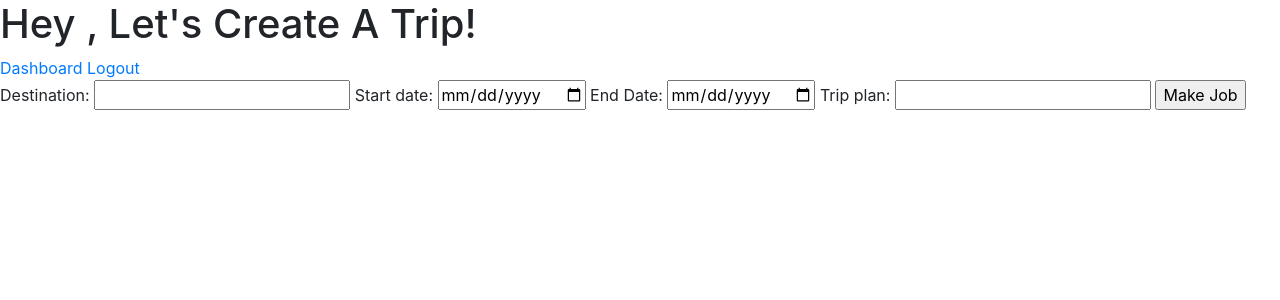
Repository: chasepiercephoto/TripBuddy
Page: Main/templates/new_trip.html
The author's editor kept a copy of each file at every save. The page is drawn from the files as they stood at one save, then again after the next save.
The browser window is 1280 px wide. The pictures show the whole page.
The page is served by the project's application, run on Django 2.2 (manage.py). Other server files are loaded and not shown. The template is opened directly, without the code that normally fills it, so the values that code supplies are empty.

Above is the page before, as saved 2020-06-24 12:17:16.

### Main/templates/new_trip.html
<!doctype html>
<html lang="en">
  <head>
    <title>Create a New Trip!</title>
    <!-- Required meta tags -->
    <meta charset="utf-8">
    <meta name="viewport" content="width=device-width, initial-scale=1, shrink-to-fit=no">

    <!-- Bootstrap CSS -->
    <link rel="stylesheet" href="https://stackpath.bootstrapcdn.com/bootstrap/4.3.1/css/bootstrap.min.css" integrity="sha384-ggOyR0iXCbMQv3Xipma34MD+dH/1fQ784/j6cY/iJTQUOhcWr7x9JvoRxT2MZw1T" crossorigin="anonymous">
  </head>
  <body>
    <h1>Hey {{user.first_name}}, Let's Create A Trip!</h1>
    <a href="/dashboard">Dashboard</a>
    <a class="nav-a" href="/logout">Logout</a>
    <form action="trip/new" method="POST">
        {% csrf_token %}
        {% for error in messages %}
        <p style="color:red">{{ error }}</p>
        {% endfor %}
        <label for="title">Destination:</label>
        <input type="text" name="destination">
        {% for error in messages %}
        <p style="color:red">{{ error }}</p>
        {% endfor %}
        <label for="location">Start date:</label>
        <input type="date" name="start_date">
        {% for error in messages %}
        <p style="color:red">{{ error }}</p>
        {% endfor %}
        <label for="enddate">End Date:</label>
        <input type="date" name="end_date">
        {% for error in messages %}
        <p style="color:red">{{ error }}</p>
        {% endfor %}
        <label for="plan">Trip plan:</label>
        <input type="textarea" name="plan">
        {% for error in messages %}
        <p style="color:red">{{ error }}</p>
        {% endfor %}
        <input type="submit" value="Make Job">
        </form>

    <!-- Optional JavaScript -->
    <!-- jQuery first, then Popper.js, then Bootstrap JS -->
    <script src="https://code.jquery.com/jquery-3.3.1.slim.min.js" integrity="sha384-q8i/X+965DzO0rT7abK41JStQIAqVgRVzpbzo5smXKp4YfRvH+8abtTE1Pi6jizo" crossorigin="anonymous"></script>
    <script src="https://cdnjs.cloudflare.com/ajax/libs/popper.js/1.14.7/umd/popper.min.js" integrity="sha384-UO2eT0CpHqdSJQ6hJty5KVphtPhzWj9WO1clHTMGa3JDZwrnQq4sF86dIHNDz0W1" crossorigin="anonymous"></script>
    <script src="https://stackpath.bootstrapcdn.com/bootstrap/4.3.1/js/bootstrap.min.js" integrity="sha384-JjSmVgyd0p3pXB1rRibZUAYoIIy6OrQ6VrjIEaFf/nJGzIxFDsf4x0xIM+B07jRM" crossorigin="anonymous"></script>
  </body>
</html>

### Tripbuddy/urls.py
"""Tripbuddy URL Configuration

The `urlpatterns` list routes URLs to views. For more information please see:
    https://docs.djangoproject.com/en/2.2/topics/http/urls/
Examples:
Function views
    1. Add an import:  from my_app import views
    2. Add a URL to urlpatterns:  path('', views.home, name='home')
Class-based views
    1. Add an import:  from other_app.views import Home
    2. Add a URL to urlpatterns:  path('', Home.as_view(), name='home')
Including another URLconf
    1. Import the include() function: from django.urls import include, path
    2. Add a URL to urlpatterns:  path('blog/', include('blog.urls'))
"""
from django.urls import path, include

urlpatterns = [
    path('', include('Main.urls'))
]

### Main/urls.py
from django.urls import path
from . import views

urlpatterns = [
    path('', views.index),
    path('register', views.register),
    path('login', views.login),
    path('dashboard', views.dashboard),
    path('newtrip', views.new_trip_form),
    path('trip/new', views.new_trip)
]

After the next save:
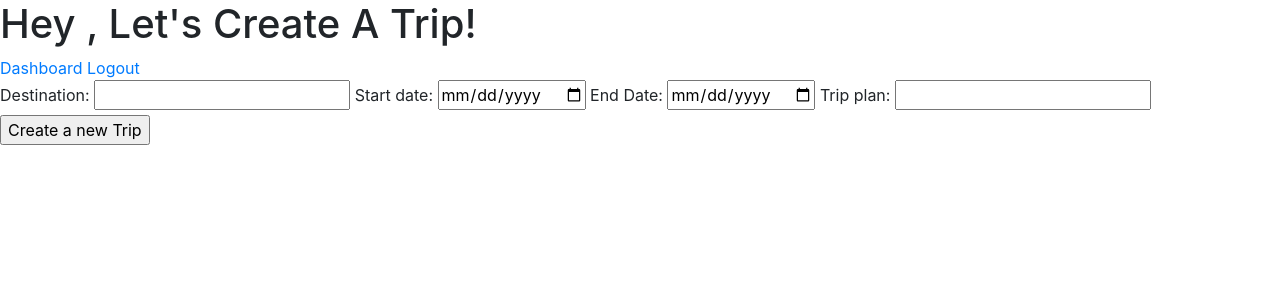
Saved 26 s later.
--- a/Main/templates/new_trip.html
+++ b/Main/templates/new_trip.html
@@ -38,7 +38,7 @@
         {% for error in messages %}
         <p style="color:red">{{ error }}</p>
         {% endfor %}
-        <input type="submit" value="Make Job">
+        <input type="submit" value="Create a new Trip">
         </form>
 
     <!-- Optional JavaScript -->
